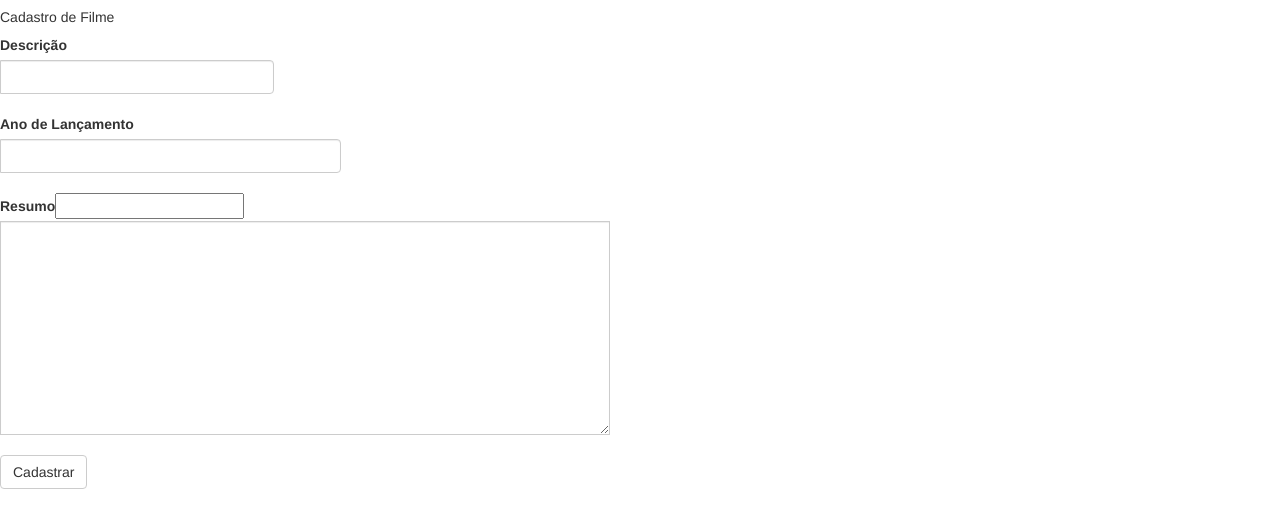
Repository: cadupedrassani/CursoDeJava
Page: Avaliação/BaseAPI/WebApp/src/main/webapp/filme/cadastro.html
An editor plug-in stored every save of this project. The page is shown before and after a run of saves, followed by the edit.
The browser window is 1280 px wide. The pictures show the whole page.

Above is the page before, as saved 2016-12-06 15:58:31.

### Avaliação/BaseAPI/WebApp/src/main/webapp/filme/cadastro.html
<!DOCTYPE html>
<html>
<head>
<meta charset="ISO-8859-1">
<title>Insert title here</title>
<link rel="stylesheet" href="/WebApp/resources/css/bootstrap.min.css">
</head>
<body>
<div>
	<h5>Cadastro de Filme</h5>
</div>
<div class="input-group">
	<label>Descrição</label>
	<input id="descricao-filme"
	       type="text"
	       class="form-control"></input>
</div>
</br>

<div class="input-group">
	<label>Ano de Lançamento</label>
	<input id="ano-filme"
	       type="text"
	       class="form-control"></input>
</div>
</br>

<div class="input-group">
	<label>Resumo</label>
	<textarea rows="10"
				cols="40"
				id="ano-filme"
	       		type="time"
	       		class="form-control"></textarea>
	<input ></input>
</div>
</br>

<div class="input-group">
	<button id="cadastrar"
	        type="button"
	        class="btn btn-default gold"
	        onclick="cadastrarEndereco();">Cadastrar</button>
</div>

<div id="modal-mensagens" class="modal fade" tabindex="-1" role="dialog">
	<div class="modal-dialog" role="document">
		<div class="modal-content">
			<div class="modal-header">
				<h5 id="modal-title" class="modal-title"></h5>
			</div>
			<div class="modal-body">
				<label id="modal-mensagem"></label>
			</div>
			<div class="modal-footer">
				<button type="button"
						class="btn btn-default gold"
						data-dismiss="modal">OK</button>
			</div>
		</div>
	</div>
</div>

<script src="/WebApp/resources/js/jquery.min.js"></script>
<script src="/WebApp/resources/js/bootstrap.min.js"></script>
<script src="/WebApp/resources/js/default.js"></script>
<script src="/WebApp/resources/js/filme.js"></script>

</body>
</html>

### Avaliação/BaseAPI/WebApp/src/main/webapp/resources/js/default.js

function abrirTelaCadastroCategoria(){
	var url = "/WebApp/categoria/cadastro.html";
	$.get(url, '', function(data){
		$('#conteudo-principal').html(data);
	})
}

function abrirTelaPesquisaCategoria(){
	var url = "/WebApp/categoria/pesquisa.html";
	$.get(url, '', function(data){
		$('#conteudo-principal').html(data)
	})
}


function abrirTelaCadastroEndereco(){
	var url = "/WebApp/endereco/cadastro.html";
	$.get(url, '', function(data){
		$('#conteudo-principal').html(data);
	})
}

function abrirTelaCadastroFilme(){
	var url = "/WebApp/filme/cadastro.html";
	$.get(url, '', function(data){
		$('#conteudo-principal').html(data);
	})
}

### Avaliação/BaseAPI/WebApp/src/main/webapp/resources/js/filme.js
function cadastrarFilme(){

	var ano = $("#ano-filme").val();
	var classificacao = $("#classificacao-filme").val();
	var descricao = $("#descricao-filme").val();
	var duracao = $("#duracao-filme").val;
	var resumo = $("#resumo-filme").val();

	var filmeDTO = new Object();
	var operacao = "/ControleAPI/endereco/cadastrarFilme"

	filmeDTO.ano = ano;
	filmeDTO.classificacao = classificacao;
	filmeDTO.descricao = descricao;
	filmeDTO.duracao = duracao;
	filmeDTO.resumo = resumo;

	$.ajax({
		method: "POST",
		url: operacao,
		data: JSON.stringify(filmeDTO),
		contentType: "application/json"
	}).done(function (data){
		var mensagem = "";
		var titulo = "";
		if(data.mensagem != undefined && data.mensagem != null && data.mensagem != ''){
			titulo = "Atenção";
			mensagem = data.mensagem;
		}else{
			titulo = 'Sucesso';
			mensagem = "Filme cadastrado com sucesso.";
		}
		mostrarModal(titulo, mensagem)
	});
}

Loaded but not shown: Avaliação/BaseAPI/WebApp/src/main/webapp/resources/css/bootstrap.min.css (library); Avaliação/BaseAPI/WebApp/src/main/webapp/resources/js/jquery.min.js (library); Avaliação/BaseAPI/WebApp/src/main/webapp/resources/js/bootstrap.min.js (library)

After the next 2 saves:
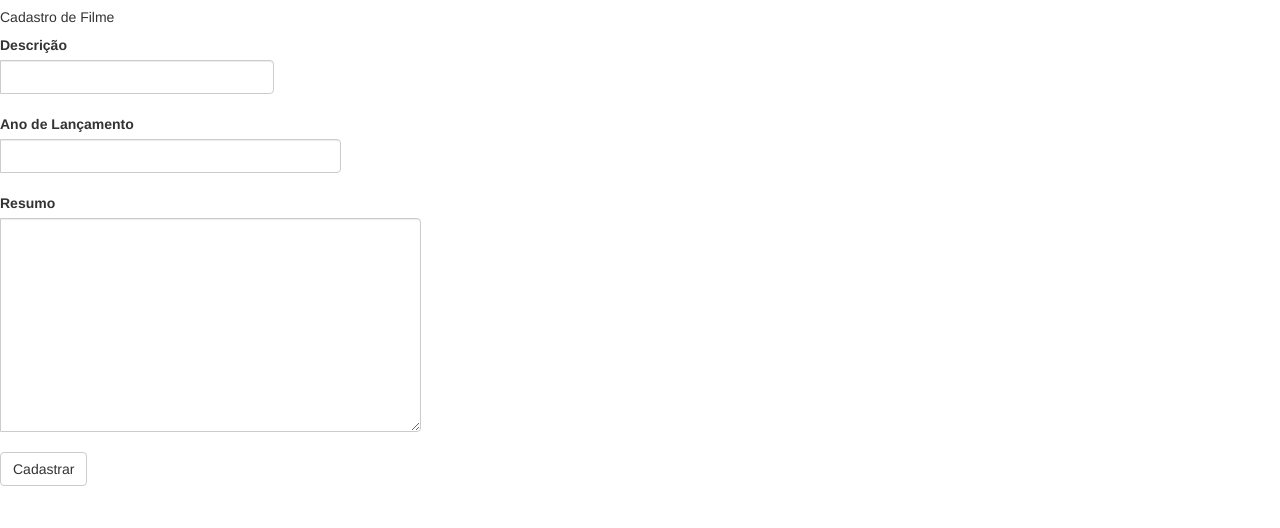
The 2 saves are shown as one change because they came seconds apart.
The last was saved 8 s later.
--- a/Avaliação/BaseAPI/WebApp/src/main/webapp/filme/cadastro.html
+++ b/Avaliação/BaseAPI/WebApp/src/main/webapp/filme/cadastro.html
@@ -29,10 +29,9 @@
 	<label>Resumo</label>
 	<textarea rows="10"
 				cols="40"
-				id="ano-filme"
+				id="resumo-filme"
 	       		type="time"
 	       		class="form-control"></textarea>
-	<input ></input>
 </div>
 </br>
 
